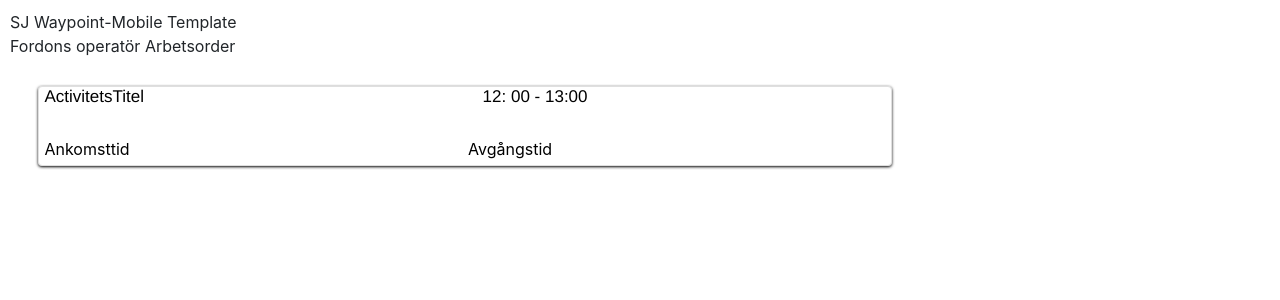
Repository: AdrianaLarsson/yarn-next-typescript
Page: /
The author's editor kept a copy of each file at every save. The page is drawn from the files as they stood at one save, then again after the next save.
The browser window is 1280 px wide. The pictures show the whole page.
The project was rebuilt for these pictures with package versions that can differ from the ones it lists, and the page was loaded fresh each time. The framework's server and built-in components were replaced by stand-ins that run in the browser.

Above is the page before, as saved 2021-03-01 08:02:06.

After the next save:
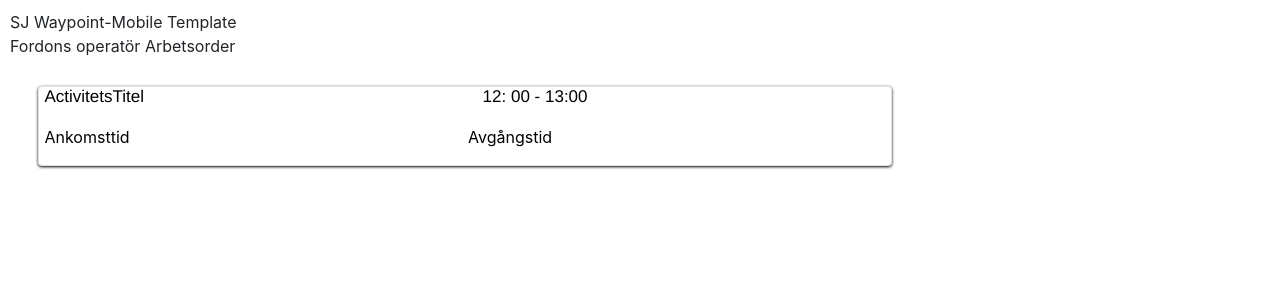
Saved 5 s later.
--- a/components/WorkOrderVehicleOperator/vehicleopreator.tsx
+++ b/components/WorkOrderVehicleOperator/vehicleopreator.tsx
@@ -6,7 +6,7 @@ import StyledCard from "../organisms/Card/Card";
 export const GridTitle = styled.div`
   display: grid;
   grid-template-columns: repeat(2, 1fr);
-  grid-template-rows: 5px 5px;
+
   grid-gap: 30px;
 `;
 export const GridBody = styled.div`
